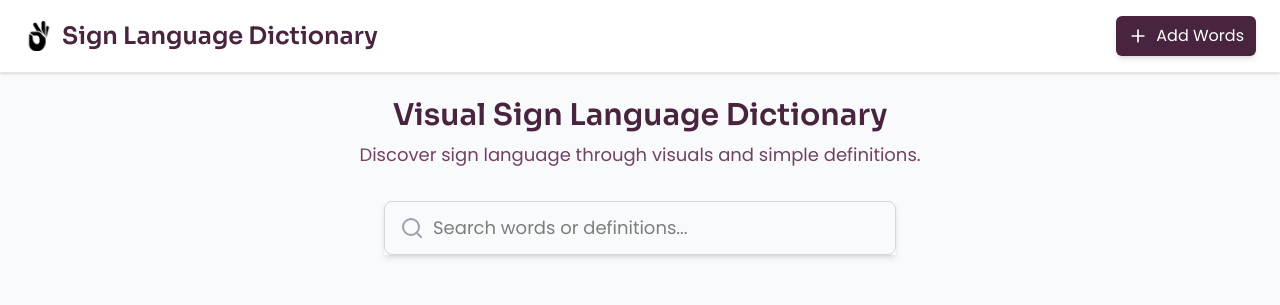
Repository: jabir12-12/sign-setu
Page: /
The author's editor kept a copy of each file at every save. The page is drawn from the files as they stood at one save, then again after the next save.
The browser window is 1280 px wide. The pictures show the whole page.
The project was rebuilt for these pictures with package versions that can differ from the ones it lists, and the page was loaded fresh each time. The framework's server and built-in components were replaced by stand-ins that run in the browser. Also part of the build but not shown: next.config.ts.

Above is the page before, as saved 2025-05-27 16:47:30.

### app/page.tsx
'use client';
import React, { useState } from 'react';
import { Plus, Search } from 'lucide-react';
import Dialog from '@mui/material/Dialog';
import DialogActions from '@mui/material/DialogActions';
import DialogContent from '@mui/material/DialogContent';
import DialogTitle from '@mui/material/DialogTitle';
import Button from '@mui/material/Button';
import Image from 'next/image';
import { IconButton, Typography } from '@mui/material';

export default function StockDashboard() {
  const [isopen, setIsOpen] = useState(false);
  return (
    <div className="bg-gray-50 min-h-screen flex flex-col">
      {/* Header */}
      <header className="sticky top-0 z-10 flex flex-wrap justify-between items-center px-4 md:px-6 py-3 md:py-4 bg-white border-b border-gray-200 shadow-sm">
        {/* Left: Logo & Title */}
        <div className="flex items-center space-x-2 mb-2 md:mb-0 justify-center">
          <Image
            src="/images/ok.png"
            alt="Logo icon"
            width={30}
            height={30}
          />
          <h1 className="text-[#49243E] font-semibold text-lg md:text-2xl whitespace-nowrap">
            Sign Language Dictionary
          </h1>
        </div>

        {/* Right: Add Button */}
        <div className="flex items-center gap-2">
          <button className="bg-[#49243E] text-white px-3 py-2 rounded-full md:rounded-md flex items-center justify-center hover:bg-[#704264] transition-colors duration-200 shadow-md hover:shadow-md"
            onClick={() => setIsOpen(true)}>
            <Plus className="w-5 h-5" />
            <span className="hidden md:inline ml-2">Add Words</span>
          </button>
        </div>
      </header>

      {/* Centered Search Bar */}
      <div className="text-center mt-6 px-4">
        <h2 className="text-2xl md:text-3xl font-semibold text-[#49243E]">
          Visual Sign Language Dictionary
        </h2>
        <p className="text-md md:text-lg text-[#704264] mt-2">
          Discover sign language through visuals and simple definitions.
        </p>
      </div>

      <div className="flex justify-center mt-8 px-4">
        <div className="relative w-full max-w-lg shadow-md">
          <span className="absolute inset-y-0 left-0 pl-4 flex items-center text-gray-400">
            <Search className="w-6 h-6" /> {/* Bigger icon */}
          </span>
          <input
            type="text"
            placeholder="Search words or definitions..."
            className="w-full pl-12 pr-5 py-3 text-lg border border-gray-300 rounded-lg focus:outline-none focus:ring-2 focus:ring-[#BB8493] focus:border-[#BB8493] hover:border-gray-400 transition-all duration-200"
          />
        </div>
      </div>
      {/* Add Words */}
      <Dialog open={isopen} onClose={() => setIsOpen(false)} maxWidth="xs" fullWidth>
        <DialogTitle
          sx={{
            display: 'flex',
            justifyContent: 'space-between',
            alignItems: 'center',
            padding: '1rem 1.5rem',
            color: '#1D2939',
            fontWeight: 'bold',
            fontSize: '1.125rem'
          }}
        >
          <span className="text-black text-md">Add Word</span>
          <IconButton
            onClick={() => setIsOpen(false)}
            sx={{ width: 32, height: 32 }}
          >
            <Image src="/images/cancel-01.svg" alt="Cancel" width={20} height={20} />
          </IconButton>
        </DialogTitle>
        <DialogContent sx={{ padding: '0 1.5rem 1.5rem' }}>
          <div className="space-y-4">
            <div>
              <label className="block text-sm font-medium text-gray-700">Word</label>
              <input
                type="text"
                placeholder="Enter word"
                className="mt-1 block w-full border border-gray-300 rounded-md px-3 py-2 text-sm outline-none focus:ring-[#49243E] focus:border-[#49243E] hover:border-[#49243E] transition duration-200"
              />
            </div>

            <div>
              <label className="block text-sm font-medium text-gray-700">Definition</label>
              <textarea
                placeholder="Enter definition"
                rows={3}
                className="mt-1 block w-full border border-gray-300 rounded-md px-3 py-2 text-sm outline-none focus:ring-[#49243E] focus:border-[#49243E] hover:border-[#49243E] transition duration-200"
              />
            </div>

            <div>
              <label className="block text-sm font-medium text-gray-700">Link URL</label>
              <input
                type="url"
                placeholder="Enter external link (optional)"
                className="mt-1 block w-full border border-gray-300 rounded-md px-3 py-2 text-sm outline-none focus:ring-[#49243E] focus:border-[#49243E] hover:border-[#49243E] transition duration-200"
              />
            </div>

            <div>
              <label className="block text-sm font-medium text-gray-700">Image URL</label>
              <input
                type="url"
                placeholder="Enter image URL"
                className="mt-1 block w-full border border-gray-300 rounded-md px-3 py-2 text-sm outline-none focus:ring-[#49243E] focus:border-[#49243E] hover:border-[#49243E] transition duration-200"
              />
            </div>
          </div>
        </DialogContent>


        <DialogActions
          sx={{
            padding: '1rem 1.5rem',
            borderTop: '1px solid #D0D5DD',
            display: 'flex',
            justifyContent: 'flex-end',
            gap: 1.5
          }}
        >
          <Button
            onClick={() => setIsOpen(false)}
            variant="outlined"
            sx={{
              padding: '0.625rem 1.5rem',
              fontWeight: 600,
              borderRadius: '8px',
              fontSize: '0.875rem',
              borderColor: '#D0D5DD',
              color: '#344054',
              textTransform: 'none',
              '&:hover': {
                backgroundColor: '#F2F4F7',
                borderColor: '#D0D5DD'
              }
            }}
          >
            Cancel
          </Button>
          <Button
            onClick={() => {
              () => setIsOpen(false)
            }}
            variant="contained"
            sx={{
              padding: '0.625rem 1.5rem',
              fontWeight: 600,
              fontSize: '0.875rem',
              borderRadius: '8px',
              backgroundColor: '#49243E',
              textTransform: 'none',
              boxShadow: 'inset 0 1px 1px rgba(0,0,0,0.05)',
              '&:hover': {
                backgroundColor: '#704264'
              }
            }}
          >
            Add Words
          </Button>
        </DialogActions>
      </Dialog>

    </div>
  );
}

### app/globals.css
@import url('https://fonts.googleapis.com/css2?family=Poppins:wght@400;500;600&family=Inter:wght@400;500;600&family=Sora:wght@400;500;600;700;800&display=swap');
@import url('https://fonts.googleapis.com/css2?family=Inter:wght@400;700&display=swap');

@import "tailwindcss";

body {
  background-color: #f7f8fb;
  margin: 0;
  padding: 0;
  font-family: 'Poppins', sans-serif;
  justify-content: center;
  align-items: center;
  height: 100vh;
}

.video-js .vjs-playback-rate {
  font-size: 10px;
  transform: translateY(12px);
  /* Moves the button down by 10px */

}

.heading .head {
  font-family: 'Sora', sans-serif;
  font-size: 24px;
  /* Example size */
  font-weight: 700;
}

/* Example for other headings if needed */
h1,
h2,
h3,
h4,
h5,
h6 {
  font-family: 'Sora', sans-serif;
}

h3 {
  font-size: 18px;
  font-weight: 600;
}

/* Ensure that other text elements use Poppins */
p,
span,
div {
  font-family: 'Poppins', sans-serif;
}

.button {
  outline: none;
}

/* Custom scrollbar styles */

::-webkit-scrollbar {
  width: 7px;
  height: 7px;
}

::-webkit-scrollbar-thumb {
  background-color: rgba(234, 236, 240, 1);
  ;

  border-radius: 100px;
}

::-webkit-scrollbar-track {
  background: "white";

}

/* THIS IS FOR TEXT-EDITOR IN DISSCUSSION TAB --------------------------*/
.custom-quill .ql-container {
  border: none !important;
  /* Remove the border from the container */
}

.custom-quill .ql-editor {
  border: none !important;
  /* Ensure no border around the editor */
}

.custom-quill:focus {
  outline: none;
  /* Remove outline on focus */
}

.custom-quill .ql-editor {
  font-size: 16px;
  /* Set text size to 16px */
  font-family: 'Poppins', sans-serif;
  font-style: normal;
  /* Use the Poppins font */

}

.custom-quill .ql-editor:empty::before {

  /* Show placeholder */
  color: #667085;
  /* Placeholder color */
  font-family: 'Poppins', sans-serif;
  font-style: normal;
  /* Poppins font for placeholder */
  font-size: 16px;
  /* Placeholder size */
  position: absolute;
  /* Position it absolutely */
  left: 10px;
  /* Adjust according to your padding */
  top: 10px;
  /* Adjust according to your padding */
  pointer-events: none;
  /* Prevent interaction */
}

.custom-quill .ql-editor:focus::before {
  display: none;
  /* Hide placeholder on focus */
}

/* -------------------------------------------------- */
/* FOR TOOLTIP FOR TEST PAGE ONLY ->learn Tab */


.tooltipText {
  position: absolute;
  color: white;
  bottom: 125%;
  /* Position above the button */
  left: 50%;
  /* Center horizontally */
  transform: translateX(-50%);
  /* Adjust to center the tooltip */

  z-index: 3;
  background-color: #131313;
  box-shadow: 0 5px 10px rgba(0, 0, 0, 0.3);
  padding: 6px 14px;
  /* Padding inside the tooltip */
  width: 204px;
  /* Fixed width */
  height: auto;
  /* Hug content (height grows with content) */
  min-height: 78px;
  /* Minimum height */
  font-size: 15px;
  font-weight: 400;
  border-radius: 5px;
  white-space: normal;
  /* Allow text wrapping for longer content */
  opacity: 0;
  pointer-events: none;
  transition: all 0.4s ease;
}

.tooltip:hover .tooltipText {
  opacity: 1;
  pointer-events: auto;
  transform: translate(-50%, -10px);
  /* Move tooltip slightly up on hover */
}

.drawer-overlay {
  background-color: transparent !important;
  /* Makes the overlay transparent */
}

/* magic.module.css */
.customCheckbox input[type="checkbox"]:checked {
  background-color: #9012FF;
  border-color: #9012FF;
}

/* Add this to your global CSS file */
.ql-container .ql-editor img {
  cursor: pointer;
}

.image-resizer {
  border: 1px dashed #999;
  position: absolute;
}

.image-resizer .resize-handle {
  background-color: #fff;
  border: 1px solid #999;
  height: 8px;
  width: 8px;
  position: absolute;
}

.image-resizer .resize-handle.se {
  bottom: -5px;
  right: -5px;
  cursor: se-resize;
}

.image-resizer .resize-handle.sw {
  bottom: -5px;
  left: -5px;
  cursor: sw-resize;
}

.image-resizer .resize-handle.ne {
  top: -5px;
  right: -5px;
  cursor: ne-resize;
}

.image-resizer .resize-handle.nw {
  top: -5px;
  left: -5px;
  cursor: nw-resize;
}


@layer base {
  :root {
    --radius: 0.5rem;
    --chart-1: 12 76% 61%;
    --chart-2: 173 58% 39%;
    --chart-3: 197 37% 24%;
    --chart-4: 43 74% 66%;
    --chart-5: 27 87% 67%;
  }

  .dark {
    --chart-1: 220 70% 50%;
    --chart-2: 160 60% 45%;
    --chart-3: 30 80% 55%;
    --chart-4: 280 65% 60%;
    --chart-5: 340 75% 55%;
  }
}

Loaded but not shown: app/layout.tsx (common file)

After the next save:
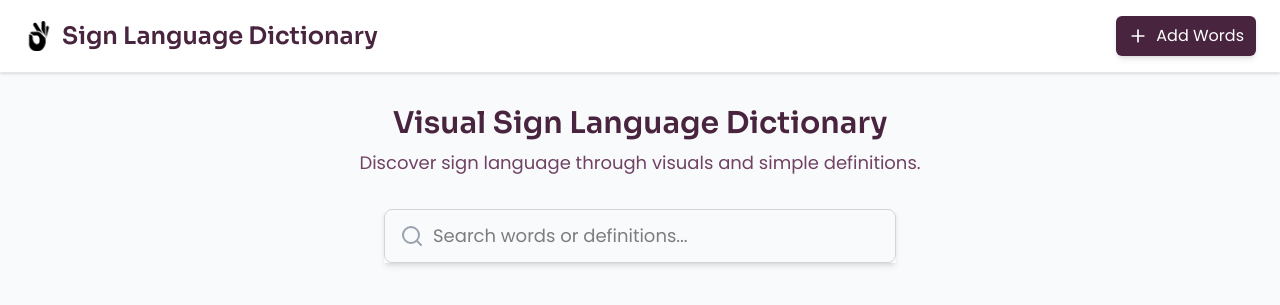
Saved 6 s later.
--- a/app/page.tsx
+++ b/app/page.tsx
@@ -39,7 +39,7 @@ export default function StockDashboard() {
       </header>
 
       {/* Centered Search Bar */}
-      <div className="text-center mt-6 px-4">
+      <div className="text-center mt-8 px-4">
         <h2 className="text-2xl md:text-3xl font-semibold text-[#49243E]">
           Visual Sign Language Dictionary
         </h2>
